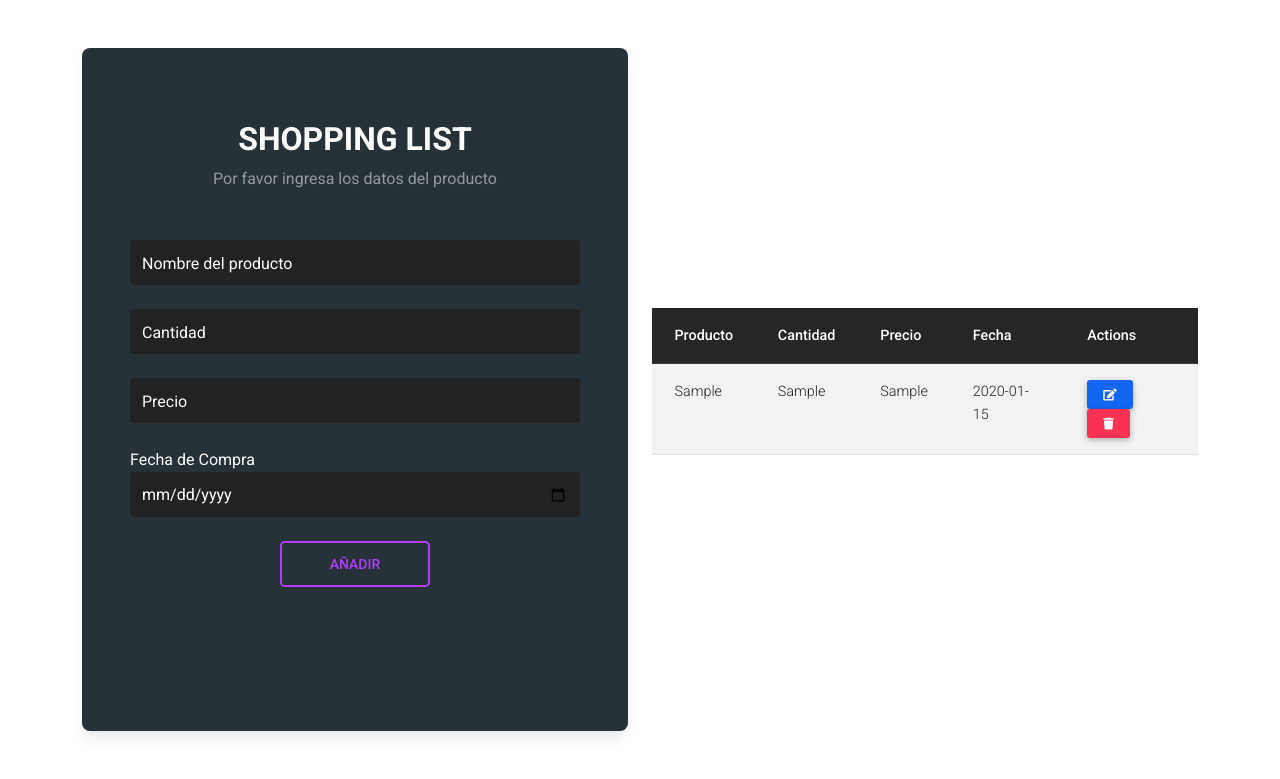
Repository: JsSousa/crudJs
Page: index.html
The author's editor kept a copy of each file at every save. The page is drawn from the files as they stood at one save, then again after the next save.
The browser window is 1280 px wide. The pictures show the whole page.
Empty fields were first filled with sample values (such as "Sample", 5 or name@example.com).
After loading, the first visible `#formProduct` was submitted once.
Some web libraries are served in a nearby version.

Above is the page before, as saved 2021-10-11 21:37:24.

After the next save:
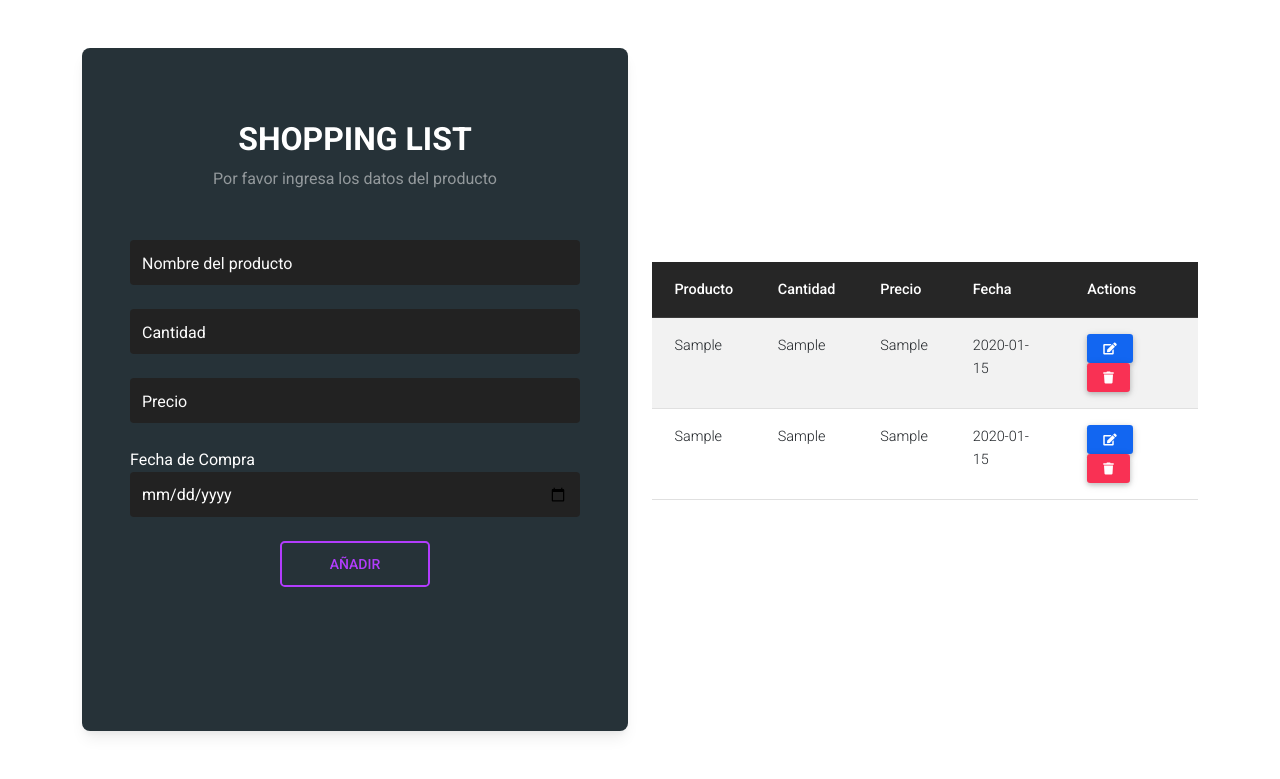
Saved 3 min 46 s later.
--- a/js/app.js
+++ b/js/app.js
@@ -27,7 +27,7 @@
 }
 
 const DrawDB = () => {
-    productsListUI.innerHTML = '';
+    //productsListUI.innerHTML = '';
     arrayProducts = JSON.parse(localStorage.getItem('Productos'));
 
     if (arrayProducts === null) {

After the save that followed:
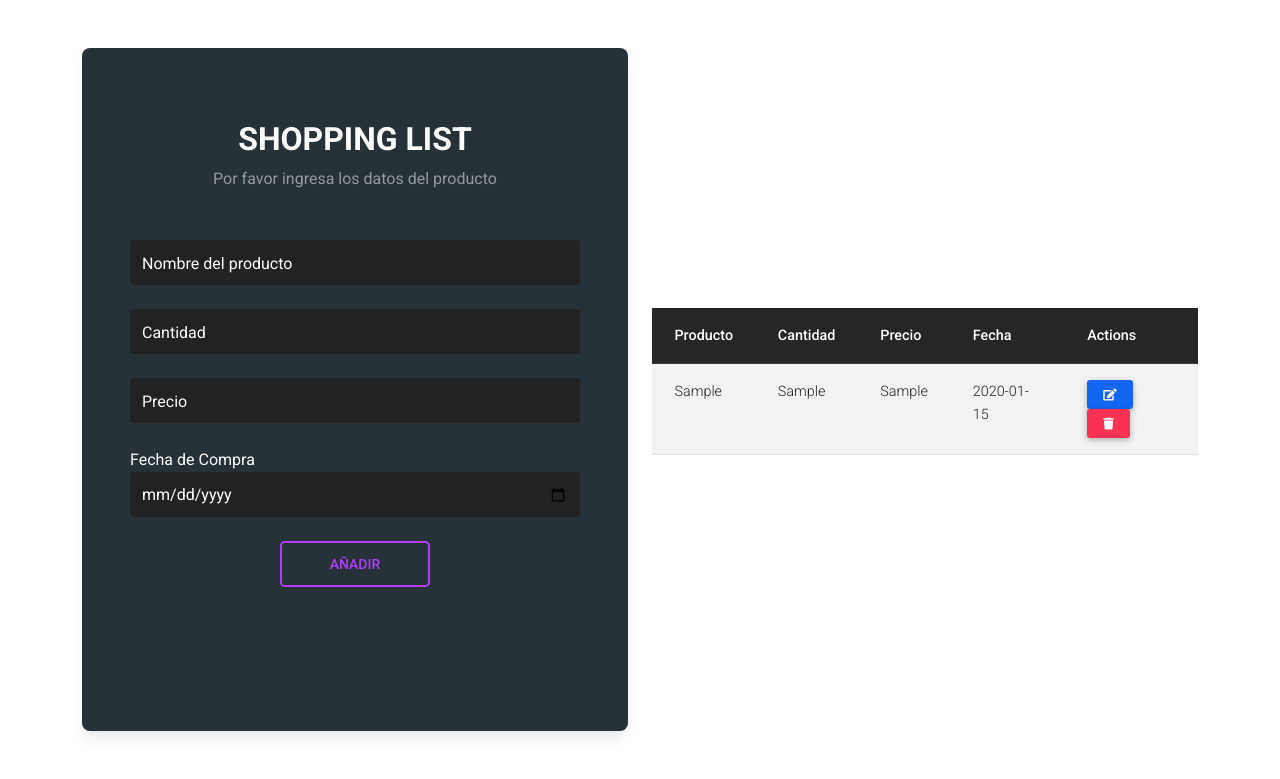
Saved 33 s later.
--- a/js/app.js
+++ b/js/app.js
@@ -27,7 +27,7 @@
 }
 
 const DrawDB = () => {
-    //productsListUI.innerHTML = '';
+    productsListUI.innerHTML = '';
     arrayProducts = JSON.parse(localStorage.getItem('Productos'));
 
     if (arrayProducts === null) {
